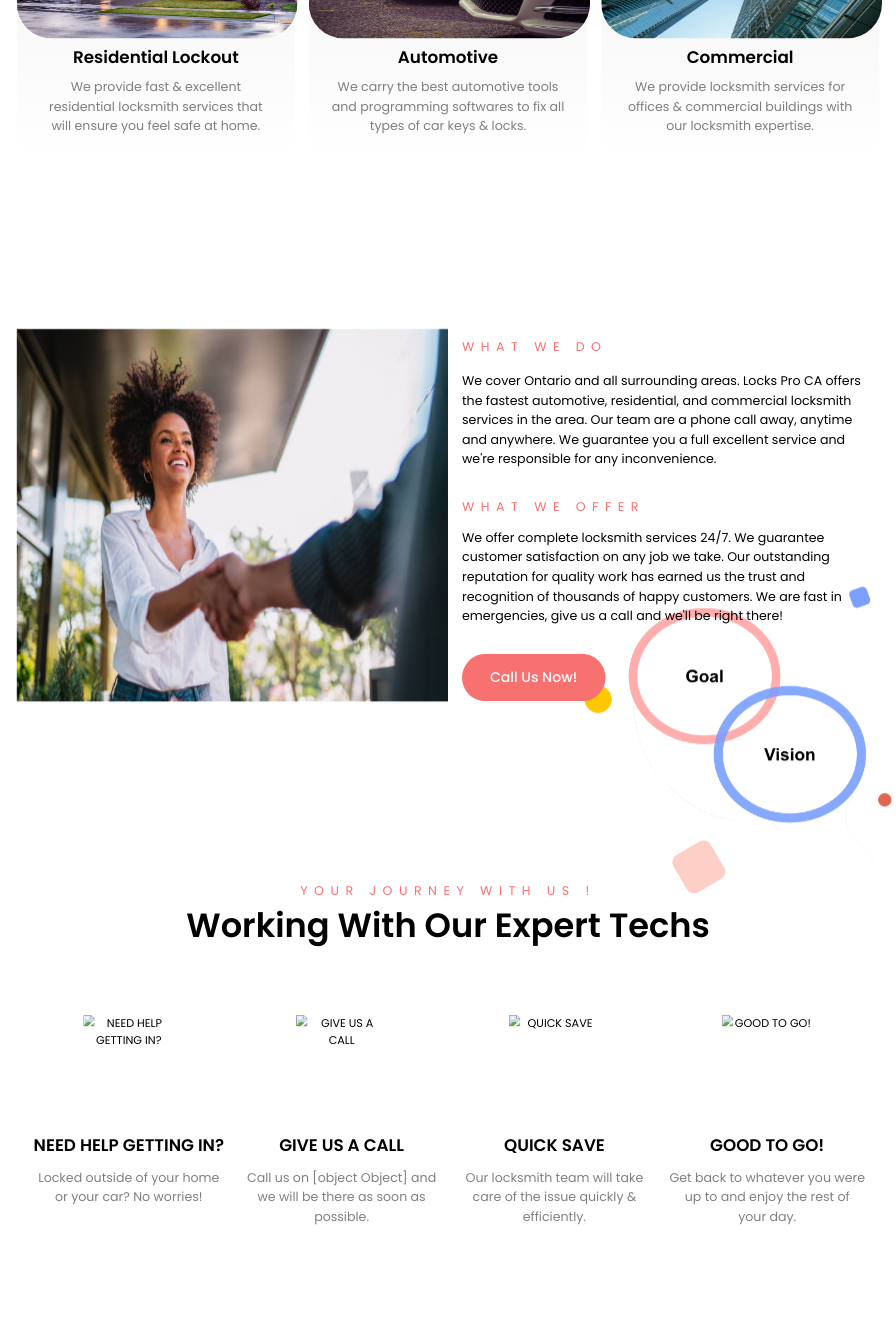
Repository: aya7abbal/locksprollc
Page: /
These files come from the project's save history. The page is drawn as it stood at one moment and after the next save; the edit follows.
The browser window is 1280 px wide. The pictures show the part of the page from y = 1180 to 3100 px (the page is 3100 px tall), at 70% of full size.
Some web fonts or font styles are not loaded; a fallback is used. The project was rebuilt for these pictures with package versions that can differ from the ones it lists, and the page was loaded fresh each time. Also part of the build but not shown: vite.config.js.

Above is the page before, as saved 2024-04-03 01:23:12.

### index.html
<!doctype html>
<html lang="en">
  <head>
    <meta charset="UTF-8" />
    <link rel="icon" type="image/svg+xml" href="/src/assets/Images/Logo/favicon.ico" />
    <meta name="viewport" content="width=device-width, initial-scale=1.0" />
    <title>Emergency Lock & Key</title>
    <link rel="stylesheet" href="https://rsms.me/inter/inter.css">

  </head>
  <body>
    <div id="root" class="px-0"></div>
    <script type="module" src="/src/main.jsx"></script>
  </body>
</html>

### src/App.jsx
import Navbar from './Components/0.Navbar/Navbar'
import Banner from './Components/1.Banner/Index'
import Services from './Components/2.Services/Index'
import Identity from './Components/3.Identity/Index'
import Process from "./Components/4.Process/Index"

export default function App() {

  return (
    <>
<Navbar/>
<Banner/>
<Services/>
<Identity/>
<Process/>

    </>
  )
}

### src/index.css
@import url('https://fonts.googleapis.com/css2?family=Poppins:wght@400;500;600;700;800&display=swap');
@tailwind base;
@tailwind components;
@tailwind utilities;
/* npm */

* {
  font-family: 'Poppins', sans-serif;
}


html, body{
  scroll-behavior: smooth !important;
  margin: auto 0!important;
  padding: 0px !important;

}

html:not([data-scroll="0"]) .navbar {
  position: fixed;
  top: 0;
  width: 100%;
  background-color: white;
  background-blend-mode: overlay;
  opacity: 1.9;
  box-shadow: 0 15px 30px rgba(0, 0, 0, 0.12);
  transition: 0.4s linear;
  z-index: 3;
}

.card-b {
  background: linear-gradient(180deg, #F8F6F6 0%, #F8F6F6 0.01%, rgba(248, 246, 246, 0) 100%);
}

.ls-51 {
  letter-spacing: 0.515em;
}

.br-50 {
  border-radius: 50px 400px 50px 50px;
}

@media screen and (max-width: 1200px) {
  .br-50 {
    border-radius: 20px;
  }
}

.footer-icons {
  transition: .5s;
}

.footer-icons:hover {
  transform: translateY(-8px);
}

.footer-icons:hover > .sepiaa {
  filter: invert(100.10);
}

.space-links {
  transition: .3s;
}

.space-links:hover {
  letter-spacing: 1px;
}

.hover-underline {
  display: inline-flex;
  position: relative;
  color: #dc6550;
  justify-content: center;
  align-items: center;
}

.hover-underline:after {
  content: "";
  position: absolute;
  width: 100%;
  transform: scaleX(0);
  height: 1px;
  bottom: 0;
  left: 0;
  background-color: #DF6751;
  transform-origin: bottom right;
  transition: transform .25s ease-out;
}

.hover-underline:hover:after {
  transform: scaleX(1);
  transform-origin: bottom left;
}

.w-340px {
  width: 340px;
}

.shadow-fi {
  box-shadow: 0px 28px 42px rgba(0, 0, 0, 0.15);
}

.inner-img {
  transition: 0.3s;
}

.inner-img:hover {
  transform: scale(1.1);
}

.par-87{
  padding-right: 87px;
}



#root{
    padding: 0px !important;
}
@media (min-width:1024px) {
    #root{
        padding: 0px !important;
    }

}

### src/Components/1.Banner/Index.tsx
"use client";
import { Fade } from "react-awesome-reveal";
import BannerPhoto from "../../assets/Images/Banner/Mobile-Lockout.jpeg";
import "./Banner.css";

const Banner = () => {
  return (
    <div className="bg-lightpink w-100 mt-32">
      <div className="mx-auto max-w-7xl pt-20 sm:pb-24 px-6">
        <div className="grid grid-cols-1 lg:grid-cols-12 space-x-1">
          <div className="col-span-6 flex flex-col justify-center">
            <Fade
              direction={"up"}
              delay={400}
              cascade
              damping={1e-1}
              triggerOnce={true}
            >
              <h1 className="text-4xl lg:text-7xl font-semibold mb-5 text-lightgrey md:4px lg:text-start text-center">
                24/7 <br /> Lock Smiths
              </h1>
            </Fade>
            <Fade
              direction={"up"}
              delay={800}
              cascade
              damping={1e-1}
              triggerOnce={true}
            >
              <p className="text-grey lg:text-lg font-normal mb-10 lg:text-start text-center">
                We are a local business, open 24/7. We are Licensed and Insured.
                We offer a variety of locksmith services that are customizable
                to each individual.
                <br /> We cover Ontario and all surrounding areas. We have
                technicians everywhere waiting to assist you!{" "}
              </p>
            </Fade>
            <Fade
              direction={"up"}
              delay={1000}
              cascade
              damping={1e-1}
              triggerOnce={true}
            >
              <div className="md:flex align-middle justify-center lg:justify-start">
                <button className="text-xl w-full md:w-auto font-medium rounded-full text-white py-5 px-6 bg-red-400 lg:px-14 mr-6">
                  <a href="tel:001619-826-9574">Call Us Now</a>
                </button>
                <button className="flex border w-full md:w-auto mt-5 md:mt-0 border-pink justify-center rounded-full text-xl font-medium items-center py-5 px-10 text-red-400 hover:text-white hover:bg-red-400">

                  <a href="#services-section">Our Services</a>
                </button>
              </div>
            </Fade>
          </div>

          <div className="col-span-6 flex justify-center relative banner-photo-container">
            {/* <div className="flex bg-white p-2 gap-5 items-center bottom-10 left-10 rounded-xl absolute">
              <img
                src={"/imgs/Banner/pizza.svg"}
                alt="pizza-img"
                width={68}
                height={68}
              />
              <p className="text-lg font-normal">
                More than 500+ <br /> recipes.
              </p>
            </div> */}
            <img
              src={BannerPhoto}
              alt="nothing"
              id="banner-img"
              // width={200}
              // height={200}
            />
          </div>
        </div>
      </div>
    </div>
  );
};

export default Banner;

### src/Components/3.Identity/Index.tsx
"use client";
import { Fade } from "react-awesome-reveal";
import HappyCustomer from "../../assets/Images/Mission/Happy customer.jpeg";
import Burger from "../../assets/Images/Mission/burger.png";


const Identity = () => {
  return (
    <div className="relative" id="Goal-section">
      <div className="mx-auto max-w-7xl lg:pt-20 sm:pb-24 px-6">
        <div className="absolute right-0 bottom-[-18%] hidden lg:block">
          <img
            src={Burger}
            alt="Mission & Vision"
            width={463}
            height={622}
          />
        </div>

        <div className="grid grid-cols-1 lg:grid-cols-12 my-16 space-x-5">
          <div className="col-span-6 flex justify-start">
            <img src={HappyCustomer} alt="nothing" width={900} height={808} />
          </div>

          <div className="col-span-6 flex flex-col justify-center">
            <Fade
              direction={"up"}
              delay={400}
              cascade
              damping={1e-1}
              triggerOnce={true}
            >
              <h2 className="text-red-400 text-lg font-normal my-3 ls-51 uppercase text-start">
                {" "}
                What We Do
              </h2>
            </Fade>
            <Fade
              direction={"up"}
              delay={800}
              cascade
              damping={1e-1}
              triggerOnce={true}
            >
              <h3 className="text-3xl lg:text-5xl font-semibold text-black text-start"></h3>
            </Fade>
            <Fade
              direction={"up"}
              delay={1000}
              cascade
              damping={1e-1}
              triggerOnce={true}
            >
              <p className="text-grey md:text-lg font-normal mb-10 text-start mt-2">
                We cover Ontario and all surrounding areas. Locks Pro CA offers
                the fastest automotive, residential, and commercial locksmith
                services in the area. Our team are a phone call away, anytime
                and anywhere. We guarantee you a full excellent service and
                we&apos;re responsible for any inconvenience.
              </p>
              <Fade
                direction={"up"}
                delay={400}
                cascade
                damping={1e-1}
                triggerOnce={true}
              >
                <h2 className="text-red-400 text-lg font-normal mb-3 ls-51 uppercase text-start">
                  {" "}
                  What We Offer
                </h2>
              </Fade>
              <p className="text-grey md:text-lg font-normal mb-10 text-start mt-1">
                We offer complete locksmith services 24/7. We guarantee customer
                satisfaction on any job we take. Our outstanding reputation for
                quality work has earned us the trust and recognition of
                thousands of happy customers. We are fast in emergencies, give us
                a call and we&apos;ll be right there!
              </p>
              <div className="flex align-middle justify-center md:justify-start">
                <a className="text-xl font-medium rounded-full text-white py-5 px-6 bg-red-400 lg:px-10 mr-6" href="tel:001619-826-9574">
                 Call Us Now!
                </a>
              </div>
            </Fade>
          </div>
        </div>
      </div>
    </div>
  );
};

export default Identity;

### src/Components/4.Process/Index.tsx
"use client";
import React, { Component } from "react";
import { Fade } from "react-awesome-reveal";
import Help from "../../assets/Images/Process/help.png";
import Save from "../../assets/Images/Process/car.png";
import Call from "../../assets/Images/Process/telephone.png";
import Done from "../../assets/Images/Process/thumbs-up.png";


import "primeicons/primeicons.css";

// CAROUSEL DATA

interface DataType {
  profession: string;
  name: string;
  imgSrc: any;
}

const postData: DataType[] = [
  {
    name: "NEED HELP GETTING IN?",
    profession: "Locked outside of your home or your car? No worries!",
    imgSrc: Help,
  },
  {
    name: "GIVE US A CALL",
    profession:
      `Call us on ${<a href="tel:001619-826-9574">(619)-927-0588</a>} and we will be there as soon as possible.`,
    imgSrc: Call,
  },
  {
    name: "QUICK SAVE",
    profession:
      "Our locksmith team will take care of the issue quickly & efficiently.",
    imgSrc: Save,
  },
  {
    name: "GOOD TO GO!",
    profession:
      "Get back to whatever you were up to and enjoy the rest of your day.",
    imgSrc: Done,
  },
];

// CAROUSEL SETTINGS
export default class MultipleItems extends Component {
  render() {
    const settings = {
      dots: false,
      infinite: true,
      slidesToShow: 3,
      // centerMode: true,
      slidesToScroll: 1,
      arrows: false,
      autoplay: false,
      speed: 4000,
      autoplaySpeed: 2000,
      cssEase: "linear",
      responsive: [
        {
          breakpoint: 1200,
          settings: {
            slidesToShow: 3,
            slidesToScroll: 1,
            infinite: true,
            dots: false,
          },
        },
        {
          breakpoint: 800,
          settings: {
            slidesToShow: 2,
            slidesToScroll: 1,
            infinite: true,
            dots: false,
          },
        },
        {
          breakpoint: 450,
          settings: {
            slidesToShow: 1,
            slidesToScroll: 1,
            infinite: true,
            dots: false,
          },
        },
      ],
    };

    return (
      <div className="py-10 sm:py-20 bg-darkred-400" id="Process-section">
        <div className="mx-auto max-w-2xl lg:max-w-7xl sm:p-4 lg:px-8 ">
          <div className="text-center">
            <Fade
              direction={"up"}
              delay={400}
              cascade
              damping={1e-1}
              triggerOnce={true}
            >
              <h2 className="text-red-400 text-lg font-normal mb-3 tracking-widest uppercase ls-51">
                Your Journey With Us !
              </h2>
            </Fade>
            <Fade
              direction={"up"}
              delay={800}
              cascade
              damping={1e-1}
              triggerOnce={true}
            >
              <h3 className="text-3xl lg:text-5xl font-semibold text-black">
                Working With Our Expert Techs
              </h3>
            </Fade>
          </div>

          <div className="grid sm:grid-cols-1 md:grid-cols-2  xl:grid-cols-4">
            {postData.map((items, i) => (
              <div className="justify-center" key={i}>
                <div className="m-3 py-14 my-2 text-center ">
                  <div className="relative ">
                    <img
                      src={items.imgSrc.src}
                      alt={items.name}
                      width={170}
                      height={170}
                      className="inline-block  m-5 p-5"
                    />

                  </div>
                  <h3 className="text-2xl font-semibold text-lightblack">
                    {items.name}
                  </h3>
                  <h4 className="text-lg font-normal text-lightblack pt-4 pb-2 opacity-50">
                    {items.profession}
                  </h4>
                </div>
              </div>
            ))}
          </div>
        </div>
      </div>
    );
  }
}

### src/Components/0.Navbar/Drawer.tsx
import React, { ReactNode } from "react";
import { XMarkIcon } from "@heroicons/react/24/outline";
import Logo from "../../assets/Images/Logo/Logo.png";

interface DrawerProps {
  children: ReactNode;
  isOpen: boolean;
  setIsOpen: (isOpen: boolean) => void;
}

const Drawer = ({ children, isOpen, setIsOpen }: DrawerProps) => {
  return (
    <main
      className={
        " fixed overflow-hidden z-10 bg-gray-900 bg-opacity-25 inset-0 transform ease-in-out " +
        (isOpen
          ? " transition-opacity opacity-100 duration-500 translate-x-0  "
          : " transition-all delay-500 opacity-0 -translate-x-full  ")
      }
    >
      <section
        className={
          "w-340px max-w-lg left-0 absolute bg-white h-full shadow-xl delay-400 duration-500 ease-in-out transition-all transform " +
          (isOpen ? "translate-x-0" : "-translate-x-full")
        }
      >
        <article className="relative w-340px max-w-lg pb-10 flex flex-col space-y-6 h-full">
          <header className="px-4 py-4 flex items-center justify-between">
            <div className="flex flex-shrink-0 items-center border-right">
              <img src={Logo} alt="logo" width={56} height={56} />
              <a href="/" className="text-l font-semibold text-black ml-4">
                Emergency Lock & Key
              </a>
            </div>

            <XMarkIcon
              className="block h-6 w-6"
              onClick={() => {
                setIsOpen(false);
              }}
            />
          </header>
          <div
            onClick={() => {
              setIsOpen(false);
            }}
          >
            {children}
          </div>
        </article>
      </section>
      <section
        className="w-screen h-full cursor-pointer "
        onClick={() => {
          setIsOpen(false);
        }}
      ></section>
    </main>
  );
};

export default Drawer;

### src/Components/0.Navbar/Drawerdata.tsx
import React from "react";
import Contactusform from "./Contactus";

interface NavigationItem {
    name: string;
    href: string;
    current: boolean;
}

const navigation: NavigationItem[] = [
    { name: "Services", href: "#services-section", current: false },
  { name: "Our Goal", href: "#Goal-section", current: false },
  { name: "Your Journey", href: "#Process-section", current: false },
]


function classNames(...classes: string[]) {
    return classes.filter(Boolean).join(' ')
}

const Data = () => {
    return (
        <div className="rounded-md max-w-sm w-full mx-auto">
            <div className="flex-1 space-y-4 py-1">
                <div className="sm:block">
                    <div className="space-y-1 px-5 pt-2 pb-3">
                        {navigation.map((item) => (
                            <a
                                key={item.name}
                                href={item.href}
                                className={classNames(
                                    item.current ? 'bg-gray-900 text-purple' : 'text-black hover:bg-gray-700 hover:text-purple',
                                    'block  py-2 rounded-md text-base font-medium'
                                )}
                                aria-current={item.current ? 'page' : undefined}
                            >
                                {item.name}
                            </a>
                        ))}
                        <div className="mt-4"></div>
                        {/* <button className='flex justify-center text-base w-full font-medium rounded-full bg-bgpink text-pink py-3 px-4 lg:px-8 navbutton hover:text-white'>Sign in</button> */}
                        <button className='flex justify-center text-base w-full font-medium rounded-full bg-transparent border border-bgpink text-pink py-3 px-4 lg:px-8 navbutton hover:text-white hover:bg-pink'>Call Now!</button>

                        {/* <Contactusform /> */}
                    </div>
                </div>
            </div>
        </div>
    );
}

export default Data;

### src/Components/1.Banner/Banner.css
.banner-photo-container #banner-img {
  margin: 2rem;
  border-radius: 20px;
  width: 90%;
}

@media (min-width: 1023px) {
  .banner-photo-container #banner-img {
    width: 98%;
    height: auto;
  }
}
/*# sourceMappingURL=Banner.css.map */

Loaded but not shown: src/main.jsx (common file); tailwind.config.js (12 lines, source omitted); src/Components/0.Navbar/Navbar.tsx (114 lines, source omitted); src/Components/2.Services/Index.tsx (80 lines, source omitted)

After the next save:
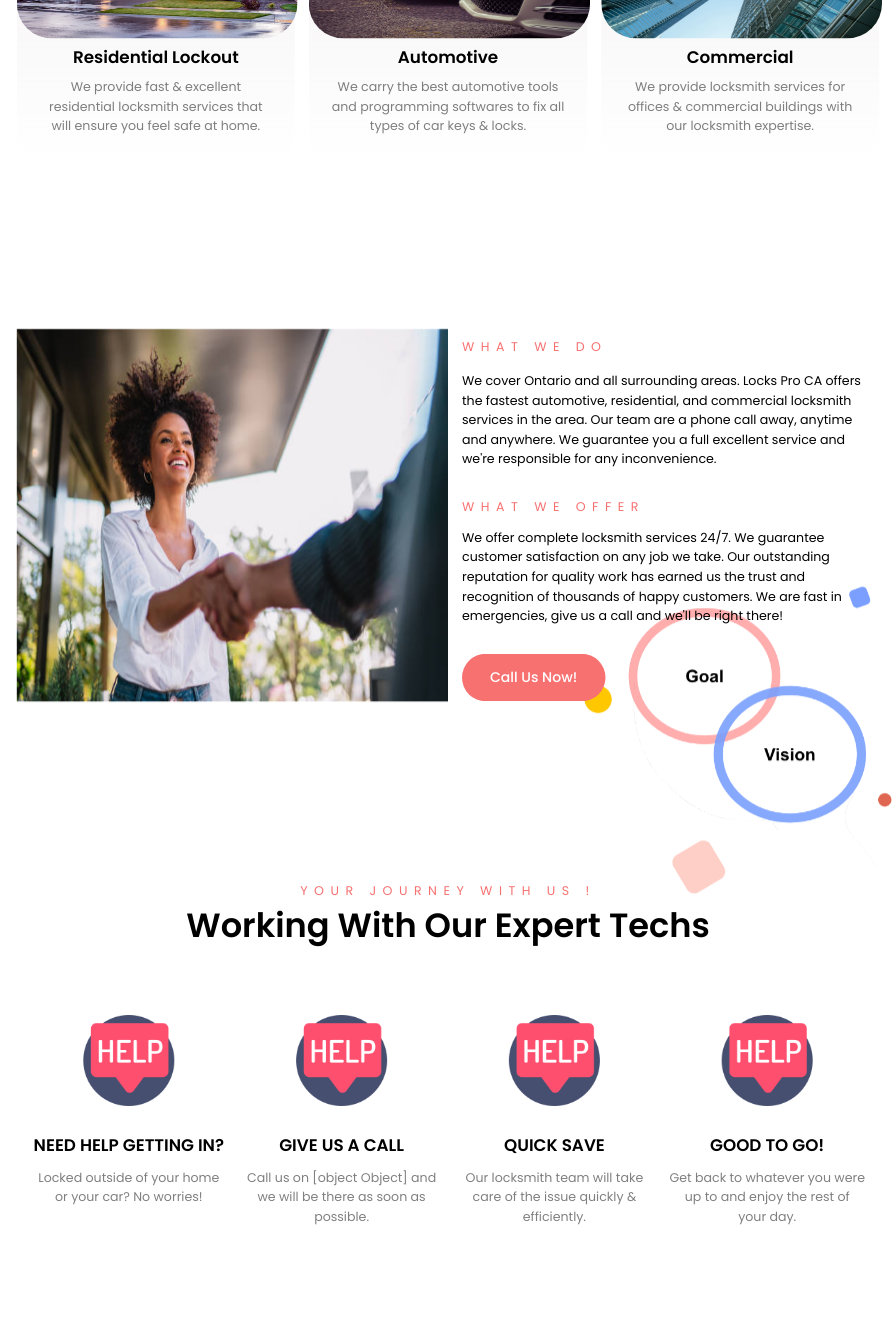
Saved 4 min 51 s later.
--- a/src/Components/4.Process/Index.tsx
+++ b/src/Components/4.Process/Index.tsx
@@ -5,7 +5,6 @@
 import Save from "../../assets/Images/Process/car.png";
 import Call from "../../assets/Images/Process/telephone.png";
 import Done from "../../assets/Images/Process/thumbs-up.png";
-
 
 import "primeicons/primeicons.css";
 
@@ -25,8 +24,9 @@
   },
   {
     name: "GIVE US A CALL",
-    profession:
-      `Call us on ${<a href="tel:001619-826-9574">(619)-927-0588</a>} and we will be there as soon as possible.`,
+    profession: `Call us on ${(
+      <a href="tel:001619-826-9574">(619)-927-0588</a>
+    )} and we will be there as soon as possible.`,
     imgSrc: Call,
   },
   {
@@ -122,13 +122,12 @@
                 <div className="m-3 py-14 my-2 text-center ">
                   <div className="relative ">
                     <img
-                      src={items.imgSrc.src}
+                      src={Help}
                       alt={items.name}
                       width={170}
                       height={170}
                       className="inline-block  m-5 p-5"
                     />
-
                   </div>
                   <h3 className="text-2xl font-semibold text-lightblack">
                     {items.name}

After the save that followed:
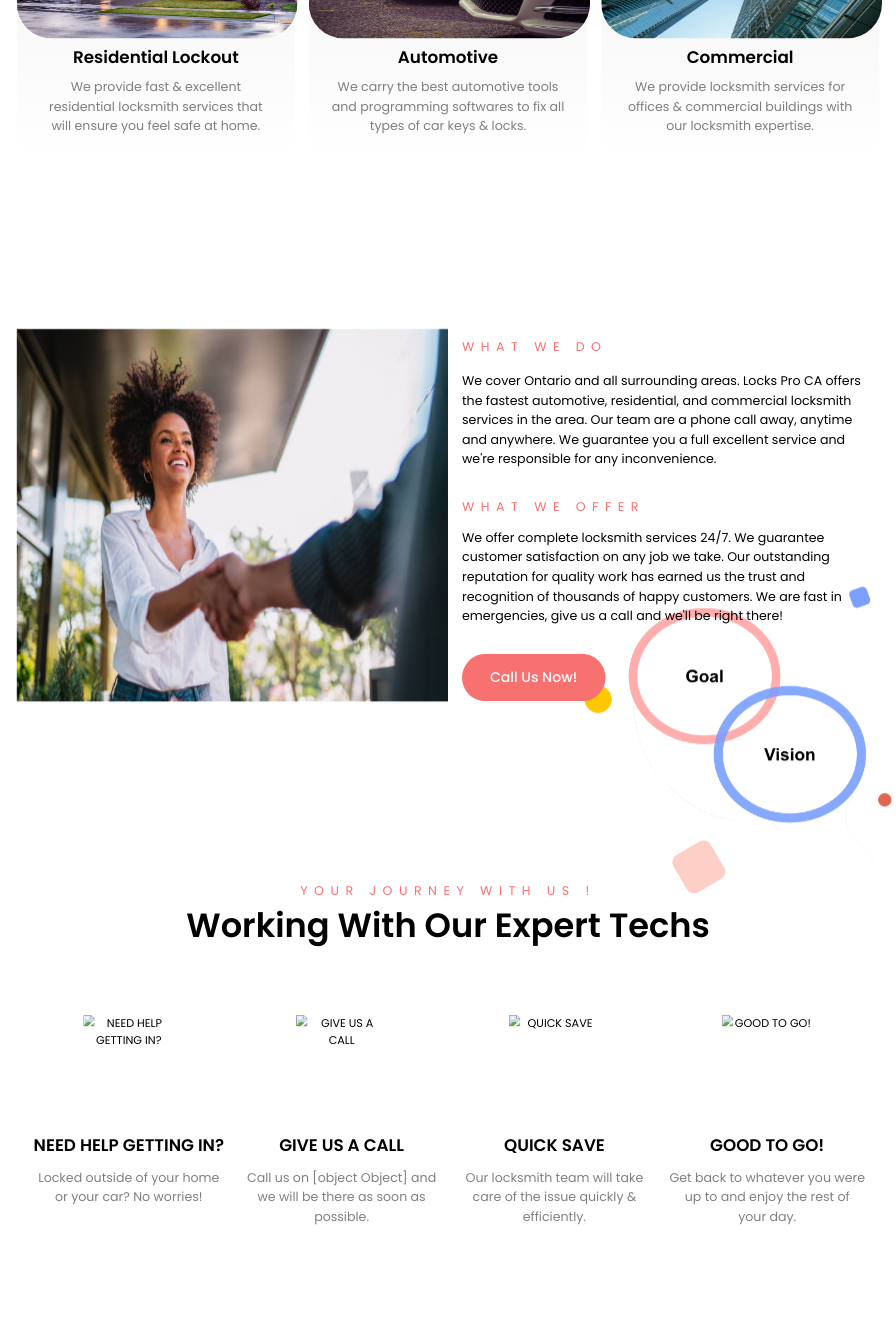
Saved 7 s later.
--- a/src/Components/4.Process/Index.tsx
+++ b/src/Components/4.Process/Index.tsx
@@ -122,7 +122,7 @@
                 <div className="m-3 py-14 my-2 text-center ">
                   <div className="relative ">
                     <img
-                      src={Help}
+                      src={items.imgSrc.src}
                       alt={items.name}
                       width={170}
                       height={170}
